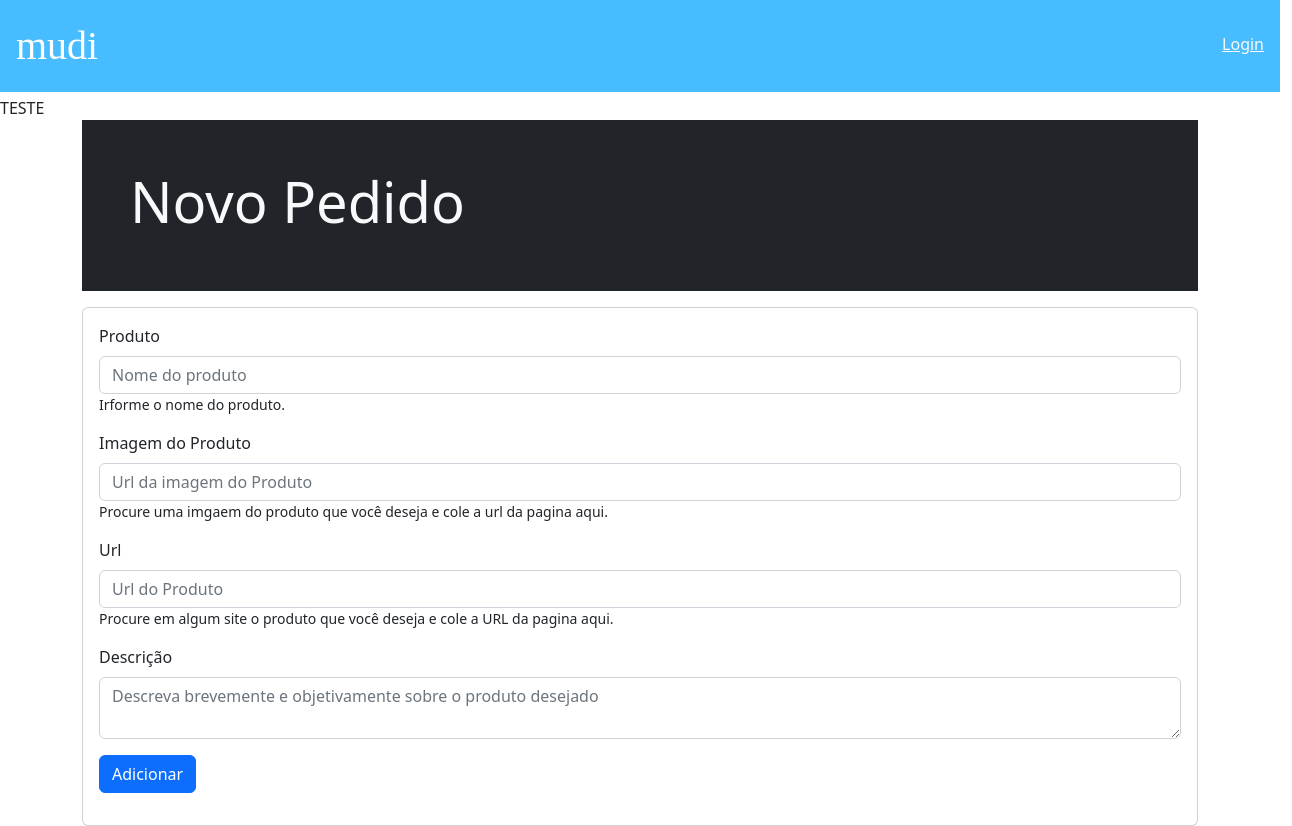
Repository: phfernands/projeto-curso-spring-mvc
Page: http://localhost/pedido/formulario
These files come from the project's save history. The page is drawn as it stood at one moment and after the next save; the edit follows.
The browser window is 1280 px wide. The page is 1292 px wide, so the pictures cover 1292 px, including what lies to the right of the window. The pictures show the whole page.
Some web fonts or font styles are not loaded; a fallback is used. The page is this project's Thymeleaf template; nobody is signed in. The template is opened directly, without the code that normally fills it, so the values that code supplies are empty.

Above is the page before, as saved 2022-08-08 12:41:34.

After the next save:
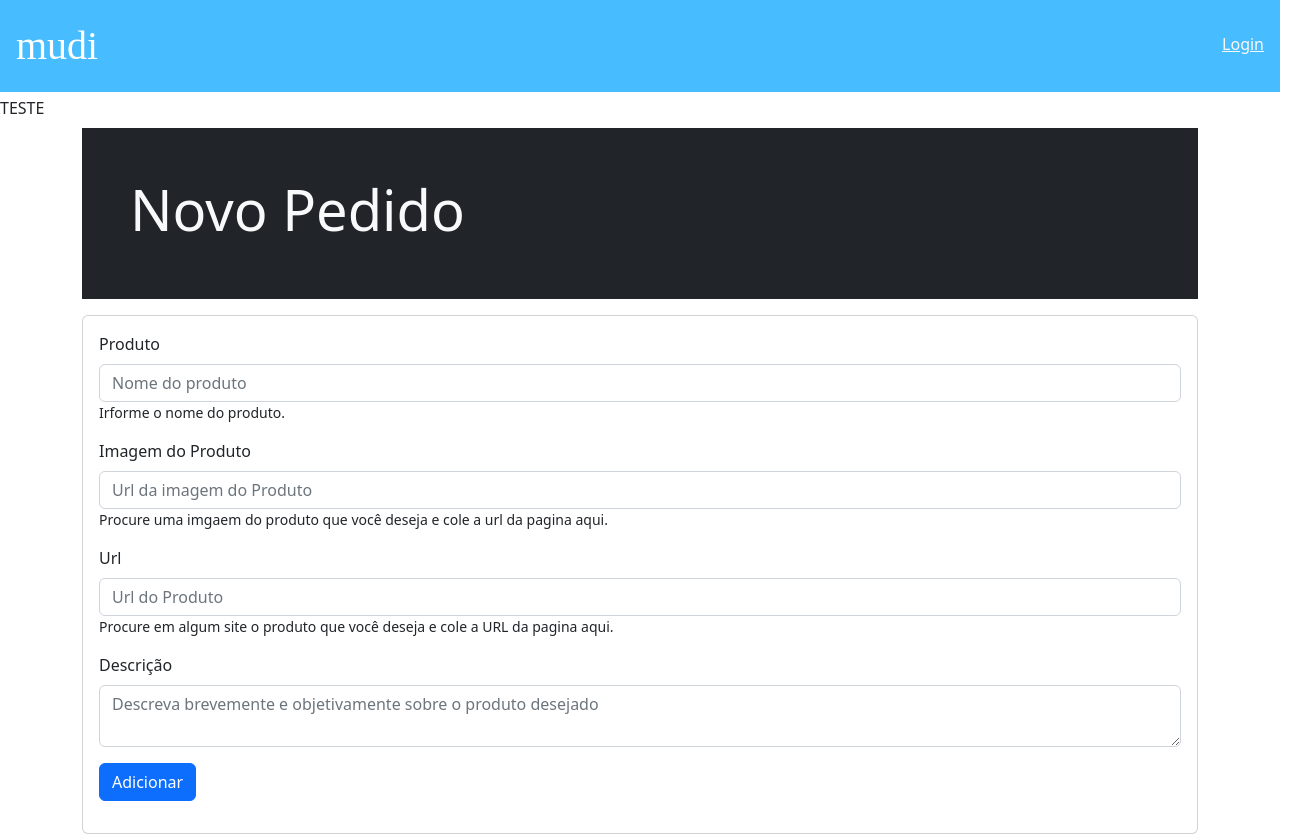
Saved 15 s later.
--- a/mudi/src/main/resources/templates/base.html
+++ b/mudi/src/main/resources/templates/base.html
@@ -26,7 +26,7 @@
 		</span>
 	</div>
 	<div class="row">
-		<div class="col">
+		<div class="col mb-2">
 			TESTE
 		</div>
 	</div>
